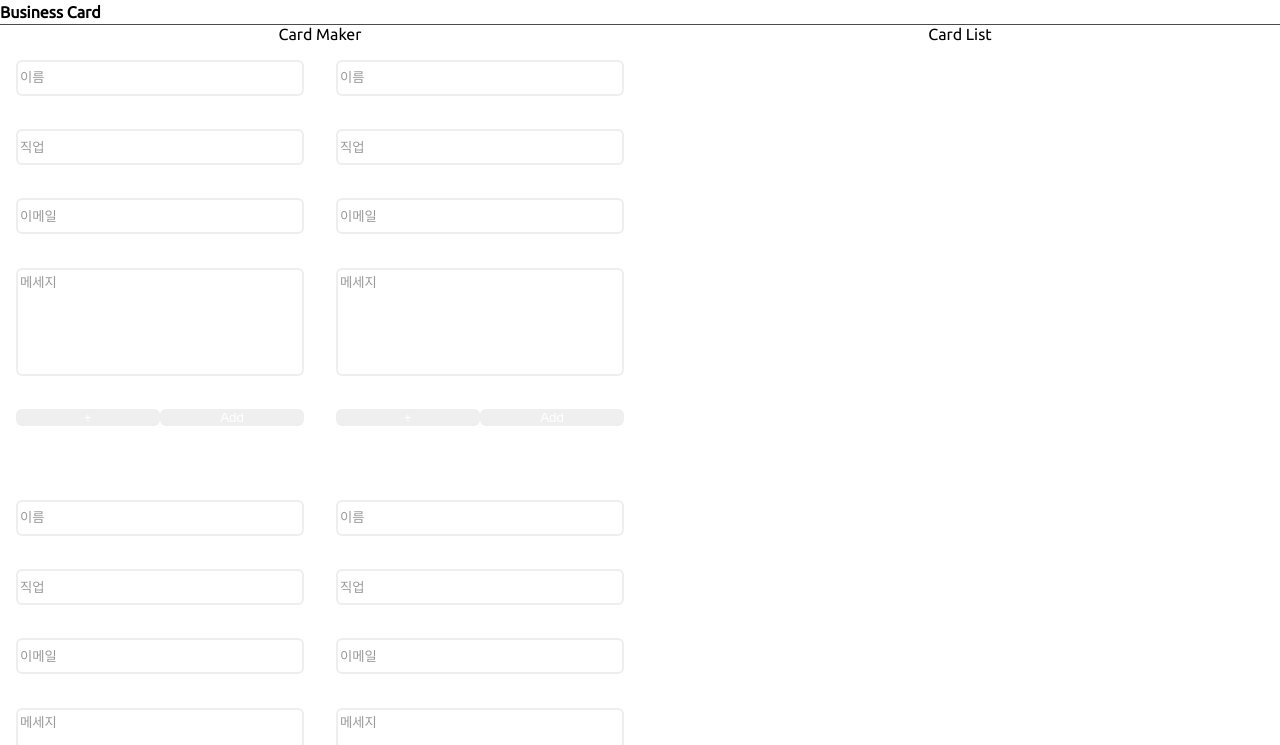
Repository: momo0170/react_businesscard
Page: /main
These files come from the project's save history. The page is drawn as it stood at one moment and after the next save; the edit follows.
The browser window is 1280 px wide. The pictures show the whole page.
The page's requests for data from a server got no answer. An inner scrolling area shows only its first screen. The project was rebuilt for these pictures with package versions that can differ from the ones it lists, and the page was loaded fresh each time. No one was signed in, and anything a server would have sent is missing. Also part of the build but not shown: src/css/login.module.css, src/route/login.jsx.

Above is the page before, as saved 2022-08-15 10:40:15.

### public/index.html
<!DOCTYPE html>
<html lang="en">
  <head>
    <meta charset="utf-8" />
    <link rel="icon" href="%PUBLIC_URL%/favicon.ico" />
    <meta name="viewport" content="width=device-width, initial-scale=1" />
    <meta name="theme-color" content="#000000" />
    <meta
      name="description"
      content="Web site created using create-react-app"
    />
    <link rel="preconnect" href="https://fonts.googleapis.com" />
    <link rel="preconnect" href="https://fonts.gstatic.com" crossorigin />
    <link
      href="https://fonts.googleapis.com/css2?family=Noto+Sans+KR:wght@400;700&family=Ubuntu:ital,wght@0,400;1,500&display=swap"
      rel="stylesheet"
    />

    <title>App</title>
  </head>
  <body>
    <noscript>You need to enable JavaScript to run this app.</noscript>
    <div id="root"></div>
  </body>
</html>

### src/index.js
import React from 'react';
import ReactDOM from 'react-dom/client';
import './index.css';
import App from './app.jsx';
import { BrowserRouter } from 'react-router-dom';

const root = ReactDOM.createRoot(document.getElementById('root'));
root.render(
  <BrowserRouter>
    <App />
  </BrowserRouter>
);

### src/index.css
html {
  width: 100%;
  height: 100%;
}

body {
  width: 100%;
  height: 100%;
  margin: 0;
  font-family: 'Noto Sans KR', sans-serif;
  font-family: 'Ubuntu', sans-serif;
}

#root {
  width: 100%;
  height: 100%;
}

### src/app.jsx
import React, { useState, useRef } from 'react';
import { Routes, Route } from 'react-router-dom';

import Login from './route/login';
import Main from './route/main';

import { auth } from './service/firebase.js';
import './service/firebase.js';
import writeUserData from './service/database.js';
import {
  GoogleAuthProvider,
  signInWithPopup,
  createUserWithEmailAndPassword,
  onAuthStateChanged,
  signInWithEmailAndPassword,
  signOut,
} from 'firebase/auth';

// createUserWithEmailAndPassword : 회원가입
// signInWithEmailAndPassword : 로그인
// signOut : 로그아웃
// sendEmailVerifiacation : 회원가입한 이메일 유호 확인
// updateEmail : 회원가입한 아이디 이메일 변경
// updatePassword : 회원가입한 아이디 패스워드 변경
// sendPasswordResetEmail : 회원가입한 비빌먼호 재설정
// delete : 회원가입한 아이디 삭제
// reauthenticate : 아이디 재인증
// onAuthStateChanged : 사용자의 로그인 상태 변경 감시

function App() {
  const [registerEmail, setRegisterEmail] = useState('');
  const [registerPassword, setRegisterPassword] = useState('');
  const [loginEmail, setLoginEmail] = useState(''); // email 저장하는 변수
  const [loginPassword, setLoginPassword] = useState(''); // 비밀번호 저장하는 변수
  const [googleUserData, setGoogleUserData] = useState(null); // google 로그인 사용자 정보
  const [emailUserData, setEmailUserData] = useState(null); // email 로그인 사용자 정보
  const loginInputId = useRef(); // id input 태그 제어
  const loginInputPassword = useRef(); // password input 태그 제어

  // 회원가입
  const register = () => {
    createUserWithEmailAndPassword(auth, registerEmail, registerPassword)
      .then((userCredential) => {
        var registerUser = userCredential.user;
        console.log(registerUser);
      })
      .catch((error) => {
        var errorCode = error.code;
        var errorMessage = error.message;
        console.log(errorCode);
        console.log(errorMessage);
        // ..
      });
  };

  // 이메일 로그인
  const emailLogin = (e) => {
    e.preventDefault();
    loginInputId.current.value = '';
    loginInputPassword.current.value = '';
    signInWithEmailAndPassword(auth, loginEmail, loginPassword)
      .then((userCredential) => {
        const data = userCredential.user;
        setEmailUserData(data);
        console.log(data);
        document.location.href = '/main';
      })
      .catch((error) => {
        const errorCode = error.code;
        const errorMessage = error.message;
        console.log(errorCode);
        console.log(errorMessage);
      });
  };

  // 구글 로그인
  const googleLogin = () => {
    const provider = new GoogleAuthProvider(); // provider를 구글로 설정
    signInWithPopup(auth, provider) // popup을 이용한 signup
      .then((data) => {
        setGoogleUserData(data.user); // user data 설정
        console.log(data); // console로 들어온 데이터 표시
        document.location.href = '/main';
      })
      .catch((err) => {
        console.log(err);
      });
  };

  return (
    <Routes>
      <Route path="/">
        <Route
          path="login"
          element={
            <Login
              googleLogin={googleLogin}
              register={register}
              emailLogin={emailLogin}
              googleUserData={googleUserData}
              setGoogleUserData={setGoogleUserData}
              emailUserData={emailUserData}
              setEmailUserData={setEmailUserData}
              setLoginEmail={setLoginEmail}
              setLoginPassword={setLoginPassword}
              loginInputId={loginInputId}
              loginInputPassword={loginInputPassword}
            />
          }
        />
      </Route>
      <Route path="/main" element={<Main />} />
    </Routes>
  );
}

export default App;

### src/route/main.jsx
import React from 'react';
import { useState } from 'react';
import styles from '../css/main.module.css';
import CardMaker from '../components/cardMaker';

function Main() {
  const [maker, setMaker] = useState([
    {
      name: '창한',
      job: 'Front-End Developer',
      email: 'momo017097@gmail.com',
      message: '화이팅',
    },
    {
      name: 'Donald',
      job: 'FBI agent',
      email: 'dnd@gmail.com',
      message: 'Get down here',
    },
  ]);
  const [card, setCard] = useState([]);

  return (
    <>
      <header className={styles.header}>
        <span className={styles.title}>Business Card</span>
        <div>
          <span className={styles.logout}>로그아웃</span>
        </div>
      </header>
      <div className={styles.container}>
        {/* 카드 메이커 */}
        <div className={styles.cardMakerTitle}>
          <span>Card Maker</span>
          <div className={styles.cardMakers}>
            <CardMaker />
            <CardMaker />
            <CardMaker />
            <CardMaker />
            <CardMaker />
            <CardMaker />
            <CardMaker />
            <CardMaker />
          </div>
        </div>

        {/* 카드 리스트 */}
        <div className={styles.cardListTitle}>
          <span>Card List</span>
          <div className={styles.cardLists}></div>
        </div>
      </div>
    </>
  );
}

export default Main;

### src/service/firebase.js
import { initializeApp } from 'firebase/app';
import { getAuth } from 'firebase/auth';

const firebaseConfig = {
  apiKey: process.env.REACT_APP_API_KEY,
  authDomain: process.env.REACT_APP_AUTH_DOMAIN,
  projectId: process.env.REACT_APP_PROJECT_ID,
  storageBucket: process.env.REACT_APP_STORAGE_BUCKET,
  messagingSenderId: process.env.REACT_APP_MESSAGING_ID,
  appId: process.env.REACT_APP_APP_ID,
};
const app = initializeApp(firebaseConfig);
const auth = getAuth(app);

export { app, auth };

### src/service/database.js
import { getDatabase, ref, set } from 'firebase/database';

// set을 사용해서 지정된 참조에 데이터를 저장
// 해당 경로의 기존 데이터를 모두 바꿈
// 하위 노드를 포함하여 지정된 위치의 데이터를 덮어 씀
const writeUserData = (userId, name, email) => {
  const db = getDatabase();
  set(ref(db, '/main/users/' + userId), {
    username: name,
    email: email,
  });
};

// onValue 메소드가 이벤트를 관찰
// 이벤트가 발생하면 지정한 경로에 있는 콘텐츠의 정적 스냅샷을 읽음
// 처음에 리스너에 연결될 때 한 번 트리거되고, 하위 요소를 포함한 데이터가 변경될 때마다 다시 트리거
// 리스너는 이벤트 발생 시점에 지정된 위치에 있던 데이터르 포함하는 스냅샷을 수신
// val() 메소트를 이용해 스냅샷 데이터 검색 가능

export default writeUserData;

### src/css/main.module.css
@value normalBlue from '../common/colors.css';
@value marginNormal, fontXLarge, marginHigh, paddingLow, fontLarge, paddingNormal, paddingHigh, fontXXLarge from '../common/size.css';

.header {
  display: flex;
  justify-content: space-between;
  align-items: center;
  padding: paddingNormal paddingHigh;
  position: sticky;
  top: 0;
  background-color: white;
  border-bottom: 1px solid rgba(0, 0, 0, 0.7);
}

.title {
  color: normalBlue;
  font-size: fontXXLarge;
  font-weight: 600;
}

.logout {
  cursor: pointer;
  background-color: normalBlue;
  padding: paddingLow;
  color: white;
  font-weight: 600;
  border-radius: 6px;
}

.container {
  display: flex;
  height: 100%;
}

.cardMakerTitle,
.cardListTitle {
  display: flex;
  flex-direction: column;
  align-items: center;
}
.cardMakerTitle,
.cardListTitle {
  /* background-color: grey; */
  flex: 1 1 50%;
}

.cardMakerTitle span,
.cardListTitle span {
  margin-bottom: marginNormal;
  font-size: fontXLarge;
}

.cardMakers,
.cardLists {
  width: 100%;
  height: 100%;
  display: grid;
  grid-template-columns: repeat(auto-fill, 50%);
  grid-template-rows: repeat(4, minmax(400px, 400px));
  justify-items: center;
  overflow: auto;
  row-gap: 40px;
  margin-bottom: marginHigh;
}

### src/components/cardMaker.jsx
import styles from '../css/cardMaker.module.css';

function CardMaker() {
  return (
    <div className={styles.frame}>
      <input className={styles.name} placeholder="이름" />
      <input className={styles.job} placeholder="직업" />
      <input className={styles.email} placeholder="이메일" />
      <textarea className={styles.message} placeholder="메세지" />
      <div className={styles.btns}>
        <button className={styles.photoBtn}>+</button>
        <button className={styles.addBtn}>Add</button>
      </div>
    </div>
  );
}

export default CardMaker;

### src/css/cardMaker.module.css
@value normalBlue, cardBackground, cardBorder, cardAdd, cardDelete, photoAdd from '../common/colors.css';
@value marginNormal, fontXLarge, marginLow, marginHigh, paddingLow, fontLarge, paddingNormal, paddingHigh, fontXXLarge from '../common/size.css';

.frame {
  width: 90%;
  display: flex;
  flex-direction: column;
  justify-content: space-around;
  background-color: cardBackground;
  border: 1px solid cardBorder;
  border-radius: 6px;
}

input {
  margin: 0 marginHigh;
  margin-top: marginNormal;
  border: 2px solid #eeeeee;
  border-radius: 6px;
  padding-left: paddingLow;
}

.message {
  margin: marginHigh;
  margin-bottom: 0;
  border: 2px solid #eeeeee;
  border-radius: 6px;
  height: 100px;
  resize: none;
  padding: paddingLow;
}

.name,
.job,
.email {
  height: 30px;
}

input:focus,
.message:focus {
  border: 2px solid normalBlue;
}

input::placeholder,
.message::placeholder {
  color: rgba(0, 0, 0, 0.4);
}

.btns {
  display: flex;
  justify-content: space-between;
  margin: marginLow marginHigh;
}
.photoBtn,
.addBtn {
  outline: 0;
  border: 0;
  border-radius: 6px;
  cursor: pointer;
  flex: 1 1 50%;
  color: white;
  padding: paddingNormal 0;
}

.photoBtn {
  background-color: photoAdd;
  margin-right: marginLow;
}
.addBtn {
  background-color: normalBlue;
}

After the next save:
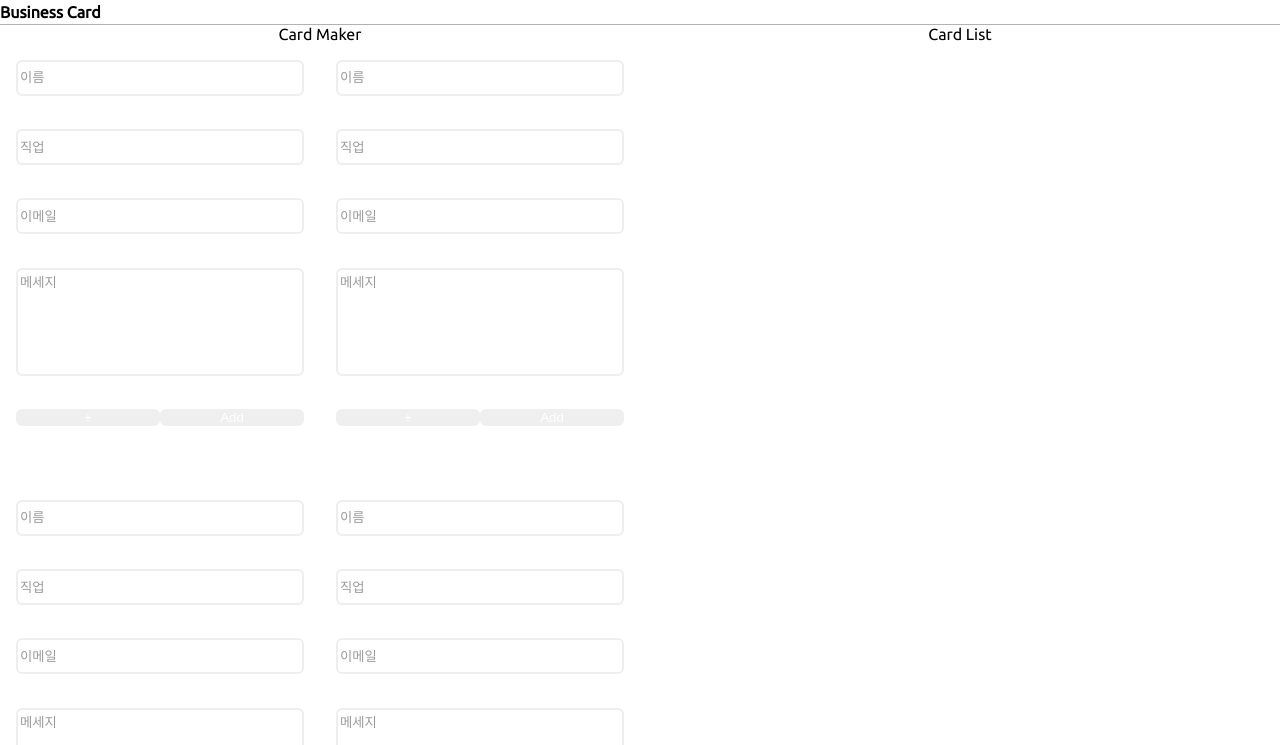
Saved 6 s later.
--- a/src/css/main.module.css
+++ b/src/css/main.module.css
@@ -9,7 +9,7 @@
   position: sticky;
   top: 0;
   background-color: white;
-  border-bottom: 1px solid rgba(0, 0, 0, 0.7);
+  border-bottom: 1px solid rgba(0, 0, 0, 0.3);
 }
 
 .title {
